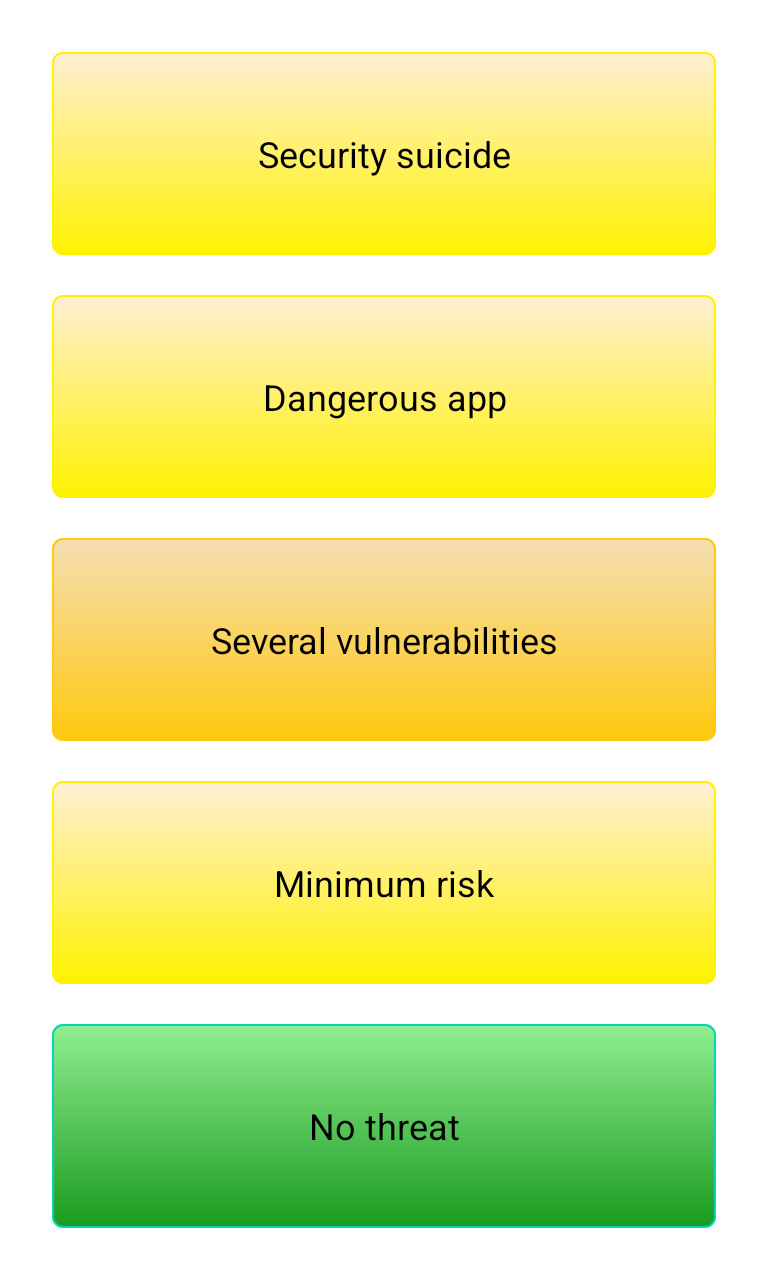
Repository: n0whereman/feidroid
Layout: Src/ApplicationViewer/res/layout/fragment_analysis2.xml
These files come from the project's save history. The layout is drawn as it stood at one moment and after the next save; the edit follows.
It is drawn on a 768 x 1280 px phone screen (xhdpi) without system bars, with theme android:Theme.Holo.Light; the app's code is not run.

Above is the layout before, as saved 2015-04-25 20:28:22.

### Src/ApplicationViewer/res/layout/fragment_analysis2.xml
<LinearLayout xmlns:android="http://schemas.android.com/apk/res/android"
    xmlns:tools="http://schemas.android.com/tools"
    android:layout_width="match_parent"
    android:layout_height="match_parent"
    android:fadingEdge="horizontal"
    android:orientation="vertical"
    android:paddingBottom="@dimen/activity_vertical_margin"
    android:paddingLeft="@dimen/activity_horizontal_margin"
    android:paddingRight="@dimen/activity_horizontal_margin"
    android:paddingTop="@dimen/activity_vertical_margin"
    android:weightSum="5"
    tools:context="pete.android.study.AnalysisActivity$PlaceholderFragment" >

    <Button
        android:id="@+id/btnThreadLvl5"
        android:layout_width="match_parent"
        android:layout_height="wrap_content"
        android:layout_weight="1"
        android:text="@string/threadLvl5"
        android:background="@drawable/button_thread2"
        android:layout_margin="10dp" />

    <Button
        android:id="@+id/btnThreadLvl4"
        android:layout_width="match_parent"
        android:layout_height="wrap_content"
        android:layout_weight="1"
        android:text="@string/threadLvl4"
        android:background="@drawable/button_thread2"
        android:layout_margin="10dp" />

    <Button
        android:id="@+id/btnThreadLvl3"
        android:layout_width="match_parent"
        android:layout_height="wrap_content"
        android:layout_weight="1"
        android:text="@string/threadLvl3"
        android:background="@drawable/button_thread3"
        android:layout_margin="10dp" />

    <Button
        android:id="@+id/btnThreadLvl2"
        android:layout_width="match_parent"
        android:layout_height="wrap_content"
        android:layout_weight="1"
        android:text="@string/threadLvl2"
        android:background="@drawable/button_thread2"
        android:layout_margin="10dp" />

    <Button
        android:id="@+id/btnThreadLvl1"
        android:layout_width="match_parent"
        android:layout_height="wrap_content"
        android:layout_weight="1"
        android:text="@string/threadLvl1"
        android:background="@drawable/button_thread1"
    	android:layout_margin="10dp" />

</LinearLayout>

### Src/ApplicationViewer/res/values/dimens.xml
<resources>

    <!-- Default screen margins, per the Android Design guidelines. -->
    <dimen name="activity_horizontal_margin">16dp</dimen>
    <dimen name="activity_vertical_margin">16dp</dimen>

    <dimen name="padding_8">8dp</dimen>
    <dimen name="padding_16">16dp</dimen>
    <dimen name="padding_32">32dp</dimen>
    <dimen name="padding_48">48dp</dimen>

</resources>

### Src/ApplicationViewer/res/values/strings.xml
<?xml version="1.0" encoding="utf-8"?>
<resources>

    <string name="hello">Hello World, MainActivity!</string>
    <string name="app_name">Suspicious Apps Checker</string>
    <string name="LaunchButton">Launch</string>
    <string name="AppInfoButton">Info</string>
    <string name="AnalyzeButton">Analyze</string>
    <string name="title_activity_launch">LaunchActivity</string>
    <string name="hello_world">Hello world!</string>
    <string name="action_settings">Settings</string>
    <string name="desc">Blabla</string>
    <string name="title_activity_detail">App Info</string>

    <!-- Main activity -->
    <string name="action_open_app">Launch</string>
    <string name="action_detail_app">Detail</string>

    <!-- Detail activity -->
    <string name="label_package_name">Package name:</string>
    <string name="label_class_name">Class name:</string>
    <string name="label_process_name">Process name:</string>
    <string name="label_version_name">Version name:</string>
    <string name="label_version_code">Version code:</string>
    <string name="label_sdk_version">Target SDK :</string>
    <string name="label_install_date">Install date:</string>
    <string name="label_last_update">Last update:</string>
    <string name="label_source_directory">Source directory:</string>
    <string name="label_data_directory">Data directory:</string>
    <string name="label_permissions">Permissions:</string>
    <string name="label_flags">Flags:</string>
    <string name="label_no_permissions">No permissions</string>
    <string name="Analyze_appButton">Analysis</string>

     <!-- Analysis activity -->
     <string name="label_list_of_permissions">Permisions List:</string>
     <string name="label_unsafe_permissions">Suspicious perm.:</string>
     <string name="label_choosed_category">Category:</string>
     <string name="label_score">Risk:</string>


    <!-- Category list -->
    <string name="label_Category">Category:</string>

    <string-array name="category_array">
        <item>Games</item>
        <item>Communication</item>
        <item>Entertainment</item>
        <item>Finance</item>
        <item>Health</item>
        <item>Lifestyle</item>
        <item>Multimedia</item>
        <item>Productivity</item>
        <item>Shopping</item>
        <item>Social</item>
        <item>Sports</item>
        <item>Themes</item>
        <item>Tools</item>
        <item>Travel</item>
    </string-array>

    <string name="title_activity_analysis">App Analysis</string>
    <string name="title_analysis_detail">Analysis detail</string>
    <string name="threadLvl1">No threat</string>
    <string name="threadLvl2">Minimum risk</string>
    <string name="threadLvl3">Several vulnerabilities</string>
    <string name="threadLvl4">Dangerous app</string>
    <string name="threadLvl5">Security suicide</string>
    <string name="label_no_categories">No category</string>
    <string name="label_sha1hash">SHA1:</string>

</resources>

### Src/ApplicationViewer/res/drawable-hdpi/button_thread2.xml
<?xml version="1.0" encoding="utf-8"?>
<selector xmlns:android="http://schemas.android.com/apk/res/android" >
<item android:state_pressed="true" >
 <shape android:shape="rectangle"  >
     <corners android:radius="5dp" />
     <stroke android:width="1dip" android:color="@color/yellow_temp" />
     <gradient android:angle="-90" android:startColor="@color/yellow_temp" android:endColor="@color/yellow_temp"  />
 </shape>
</item>
<item android:state_focused="true">
 <shape android:shape="rectangle"  >
     <corners android:radius="5dp" />
     <stroke android:width="1dip" android:color="#971E05" />
     <solid android:color="#58857e"/>
 </shape>
</item>
<item >
<shape android:shape="rectangle"  >
     <corners android:radius="5dp" />
     <stroke android:width="1dip" android:color="@color/bright_yellow" />
     <gradient android:angle="-90" android:startColor="@color/yellow_temp" android:endColor="@color/button_yellow" />
 </shape>
</item>
</selector>

### Src/ApplicationViewer/res/drawable-hdpi/button_thread3.xml
<?xml version="1.0" encoding="utf-8"?>
<selector xmlns:android="http://schemas.android.com/apk/res/android" >
<item android:state_pressed="true" >
 <shape android:shape="rectangle"  >
     <corners android:radius="5dp" />
     <stroke android:width="1dip" android:color="@color/amber_temp" />
     <gradient android:angle="-90" android:startColor="@color/amber_temp" android:endColor="@color/amber_temp"  />
 </shape>
</item>
<item android:state_focused="true">
 <shape android:shape="rectangle"  >
     <corners android:radius="5dp" />
     <stroke android:width="1dip" android:color="#971E05" />
     <solid android:color="#58857e"/>
 </shape>
</item>
<item >
<shape android:shape="rectangle"  >
     <corners android:radius="5dp" />
     <stroke android:width="1dip" android:color="@color/bright_amber" />
     <gradient android:angle="-90" android:startColor="@color/amber_temp" android:endColor="@color/button_amber" />
 </shape>
</item>
</selector>

### Src/ApplicationViewer/res/drawable-hdpi/button_thread1.xml
<?xml version="1.0" encoding="utf-8"?>
<selector xmlns:android="http://schemas.android.com/apk/res/android" >
<item android:state_pressed="true" >
 <shape android:shape="rectangle"  >
     <corners android:radius="5dp" />
     <stroke android:width="1dip" android:color="@color/green_temp" />
     <gradient android:angle="-90" android:startColor="@color/green_temp" android:endColor="@color/green_temp"  />
 </shape>
</item>
<item android:state_focused="true">
 <shape android:shape="rectangle"  >
     <corners android:radius="5dp" />
     <stroke android:width="1dip" android:color="#971E05" />
     <solid android:color="#58857e"/>
 </shape>
</item>
<item >
<shape android:shape="rectangle"  >
     <corners android:radius="5dp" />
     <stroke android:width="1dip" android:color="@color/bright_green" />
     <gradient android:angle="-90" android:startColor="@color/green_temp" android:endColor="@color/button_green" />
 </shape>
</item>
</selector>

### Src/ApplicationViewer/res/values/colors.xml
<?xml version="1.0" encoding="utf-8"?>
<resources>
    <color name="black">#000000</color>

    <color name="perm_green">#069C00</color>
    <color name="perm_yellow">#D9CA00</color>
    <color name="perm_orange">#D45F00</color>
    <color name="perm_red">#AB0000</color>

    <!-- Green -->
	<color name="green_temp">#90EE90</color>
	<color name="green_dark">#159204</color>
	<color name="bright_green">#02D8B0</color>
	<color name="button_green">#1A9B20</color>

	<!-- Yellow -->
	<color name="yellow_temp">#FFEFD5</color>
	<color name="yellow_dark">#FFF200</color>
	<color name="bright_yellow">#FFF200</color>
	<color name="button_yellow">#FFF200</color>

	<!-- Amber -->
	<color name="amber_temp">#F5DEB3</color>
	<color name="amber_dark">#FFC90E</color>
	<color name="bright_amber">#FFC90E</color>
	<color name="button_amber">#FFC90E</color>

</resources>

Loaded but not shown: Src/ApplicationViewer/res/values-w820dp/dimens.xml (common file)

After the next save:
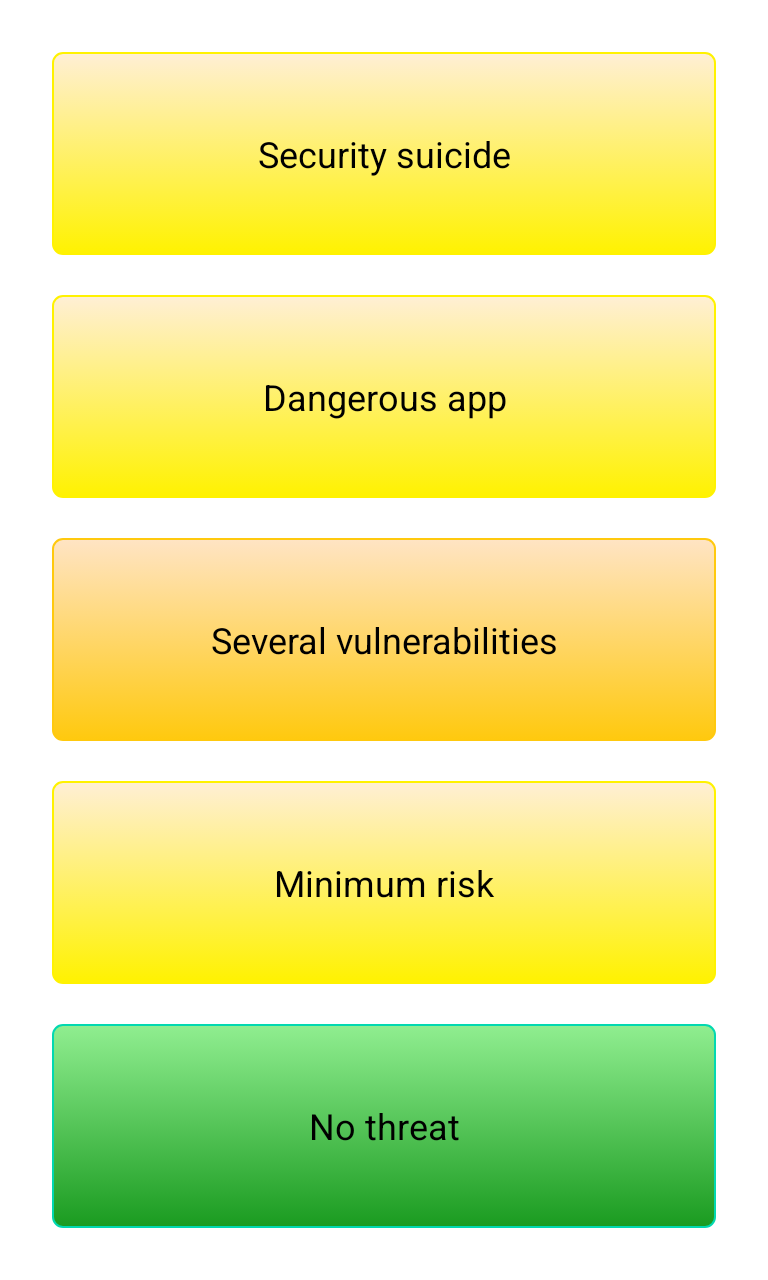
Saved 24 s later.
--- a/Src/ApplicationViewer/res/values/colors.xml
+++ b/Src/ApplicationViewer/res/values/colors.xml
@@ -20,7 +20,7 @@
 	<color name="button_yellow">#FFF200</color>
 
 	<!-- Amber -->
-	<color name="amber_temp">#F5DEB3</color>
+	<color name="amber_temp">#FFE4C4</color>
 	<color name="amber_dark">#FFC90E</color>
 	<color name="bright_amber">#FFC90E</color>
 	<color name="button_amber">#FFC90E</color>
